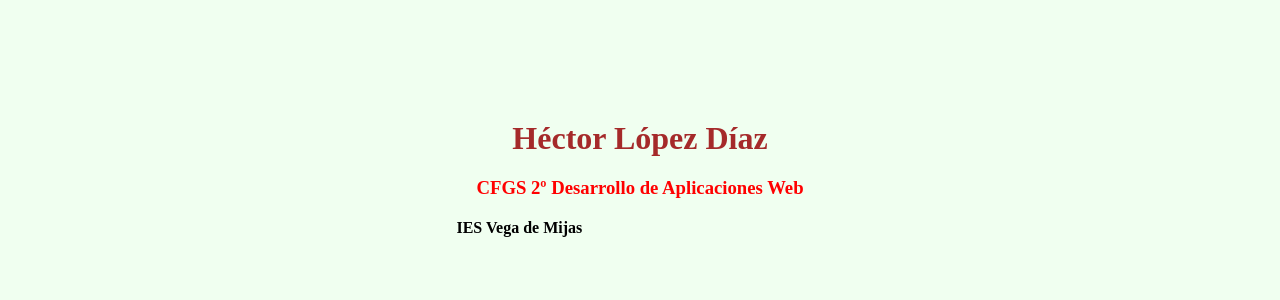
Repository: Ibizus/ejercicios_JSP
Page: http://localhost/ejercicios_Hector/ejercicio1/index.jsp
The author's editor kept a copy of each file at every save. The page is drawn from the files as they stood at one save, then again after the next save.
The browser window is 1280 px wide. The pictures show the whole page.
The page is served by Tomcat 9.

Above is the page before, as saved 2023-11-16 19:30:38.

### ejercicios_Hector/src/main/webapp/ejercicio1/index.jsp
<%@ page language="java" contentType="text/html; charset=UTF-8"
   pageEncoding="UTF-8"%>
<!DOCTYPE html>
<html>
<head>
<meta charset="UTF-8">
<link rel="stylesheet" href="style.css"/>
<title>Ejercicio 1</title>
</head>
<body>
	<div>
		<h1>Héctor López Díaz</h1>
		<h3>CFGS 2º Desarrollo de Aplicaciones Web</h3>
		<h4><a>IES Vega de Mijas</a></h4>
	</div>

</body>
</html>

### ejercicios_Hector/src/main/webapp/ejercicio1/style.css
@charset "UTF-8";
*{
   padding: 0;
   margin: 0;
   box-sizing: border-box;
}
body{
	background-color: honeydew;
	padding-top: 100px;

	display: flex;
	flex-direction: column;
   align-items: center;
   margin: auto;
}
h1, h3, h6{
	text-align: center;
	margin: 20px;
}
h1{
	color: brown;
}
h3{
	color: red;
}
h5{
	color: rgb(173, 127, 168);
}

After the next save:
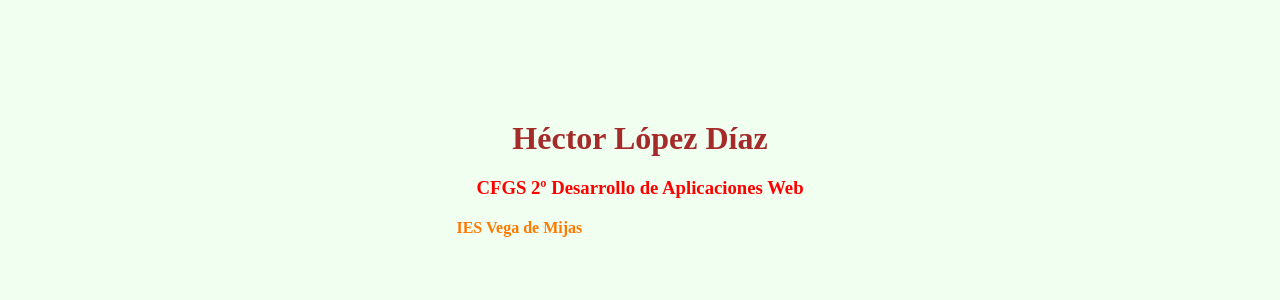
Saved 41 s later.
--- a/ejercicios_Hector/src/main/webapp/ejercicio1/style.css
+++ b/ejercicios_Hector/src/main/webapp/ejercicio1/style.css
@@ -23,6 +23,6 @@ h1{
 h3{
 	color: red;
 }
-h5{
-	color: rgb(173, 127, 168);
+h4{
+	color: rgb(255, 120, 0);
 }
